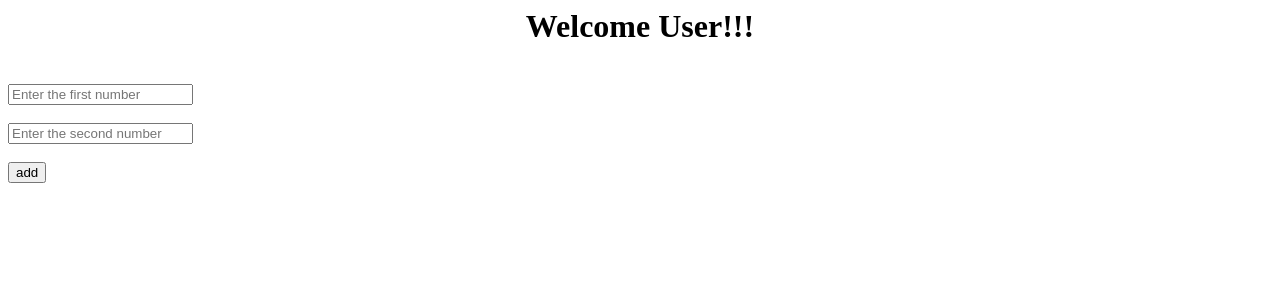
Repository: Rahul1488/servlets
Page: http://localhost/jspproject/
These files come from the project's save history. The page is drawn as it stood at one moment and after the next save; the edit follows.
The browser window is 1280 px wide. The pictures show the whole page.
The page is served by Tomcat 9.

Above is the page before, as saved 2021-12-31 04:11:59.

After the next save:
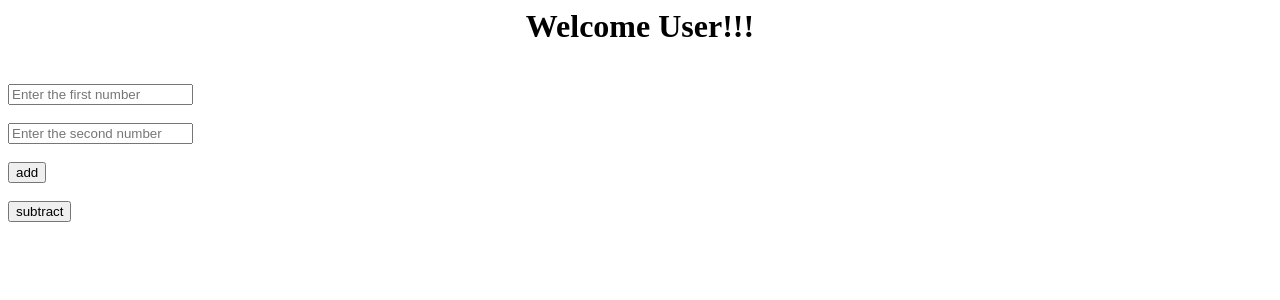
Saved 5 min 15 s later.
--- a/jspproject/src/main/webapp/index.jsp
+++ b/jspproject/src/main/webapp/index.jsp
@@ -11,6 +11,9 @@
 <br>
 <br>
 <input type="submit" value="add">
+<br>
+<br>
+<input type="submit" value="subtract">
 </form>
 </body>
 </html>
